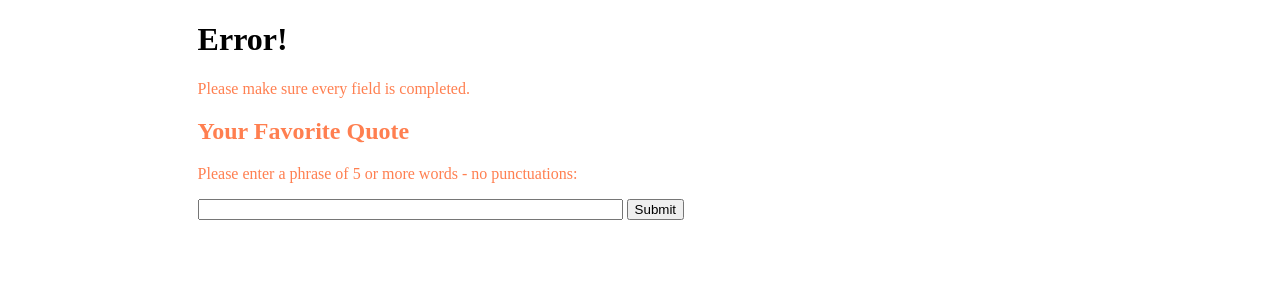
Repository: oduong1/COSW30
Page: http://localhost/homework/hw4/quote_process.php
The author's editor kept a record of every edit. The page is drawn from the files as they stood at one moment, then again after the next edit.
The browser window is 1280 px wide. The pictures show the whole page.
The page is run by PHP 8.4 with error messages shown; the project is at /var/www/html/.

Above is the page before.

After the next edit:
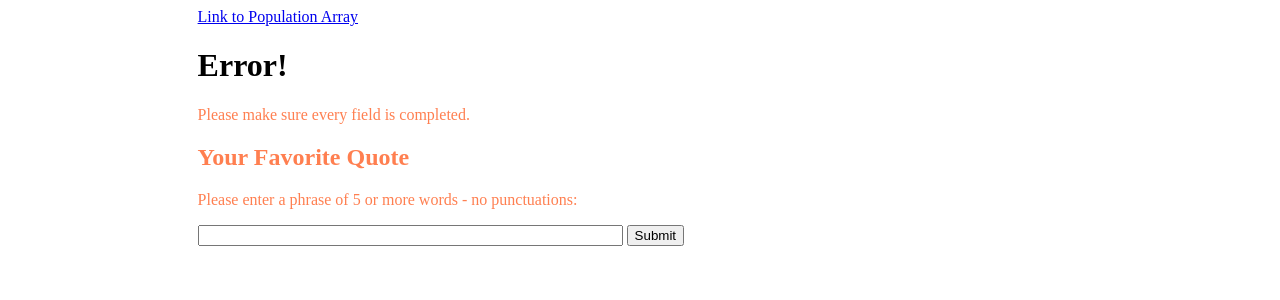
The edit:
--- a/homework/hw4/quote_process.php
+++ b/homework/hw4/quote_process.php
@@ -19,6 +19,7 @@
     </head>
     <body>
         <container id="center">
+        <a href="http://cosw30-od.herokuapp.com/homework/hw4/population_array.php">Link to Population Array</a>
 <?php
     // look at chapter 2 for arrays
 if ($_SERVER['REQUEST_METHOD'] == 'POST') {
